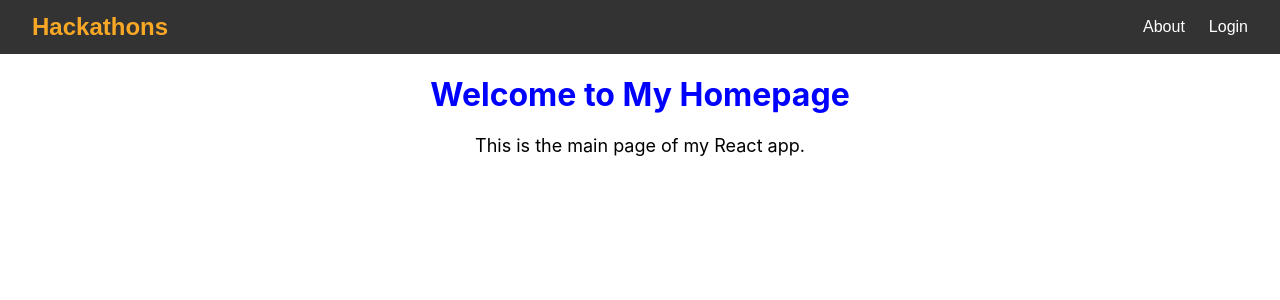
Repository: Ken-Kanike/RUBIX25_41_TECHTITANS
Page: / (app in backend/client/)
These files come from the project's save history. The page is drawn as it stood at one moment and after the next save; the edit follows.
The browser window is 1280 px wide. The pictures show the whole page.
The project was rebuilt for these pictures with package versions that can differ from the ones it lists, and the page was loaded fresh each time.

Above is the page before, as saved 2025-01-22 21:34:11.

After the next save:
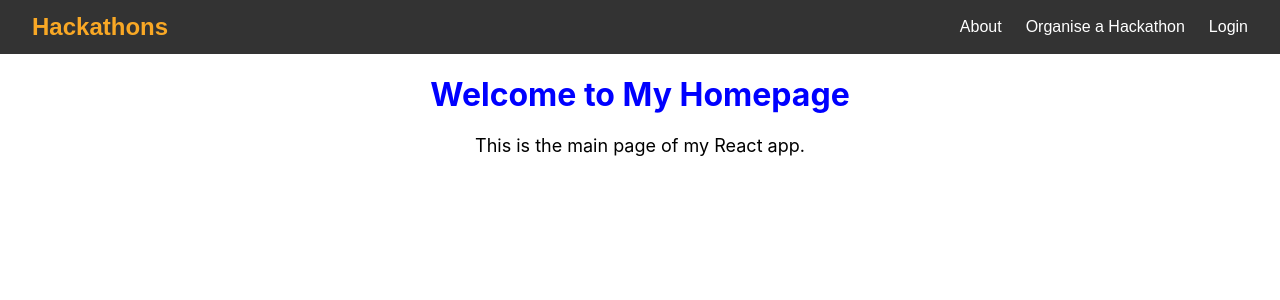
Saved 83 s later.
--- a/backend/client/src/navbar.js
+++ b/backend/client/src/navbar.js
@@ -9,8 +9,8 @@ const Navbar = () => {
             <ul className="navbar-links">
 
                 <li><a href="#about">About</a></li>
-
-                <li><a href="#contact">Login</a></li>
+                <li><a href="#organise">Organise a Hackathon</a></li>
+                <li><a href="#Login">Login</a></li>
             </ul>
         </nav>
     );
